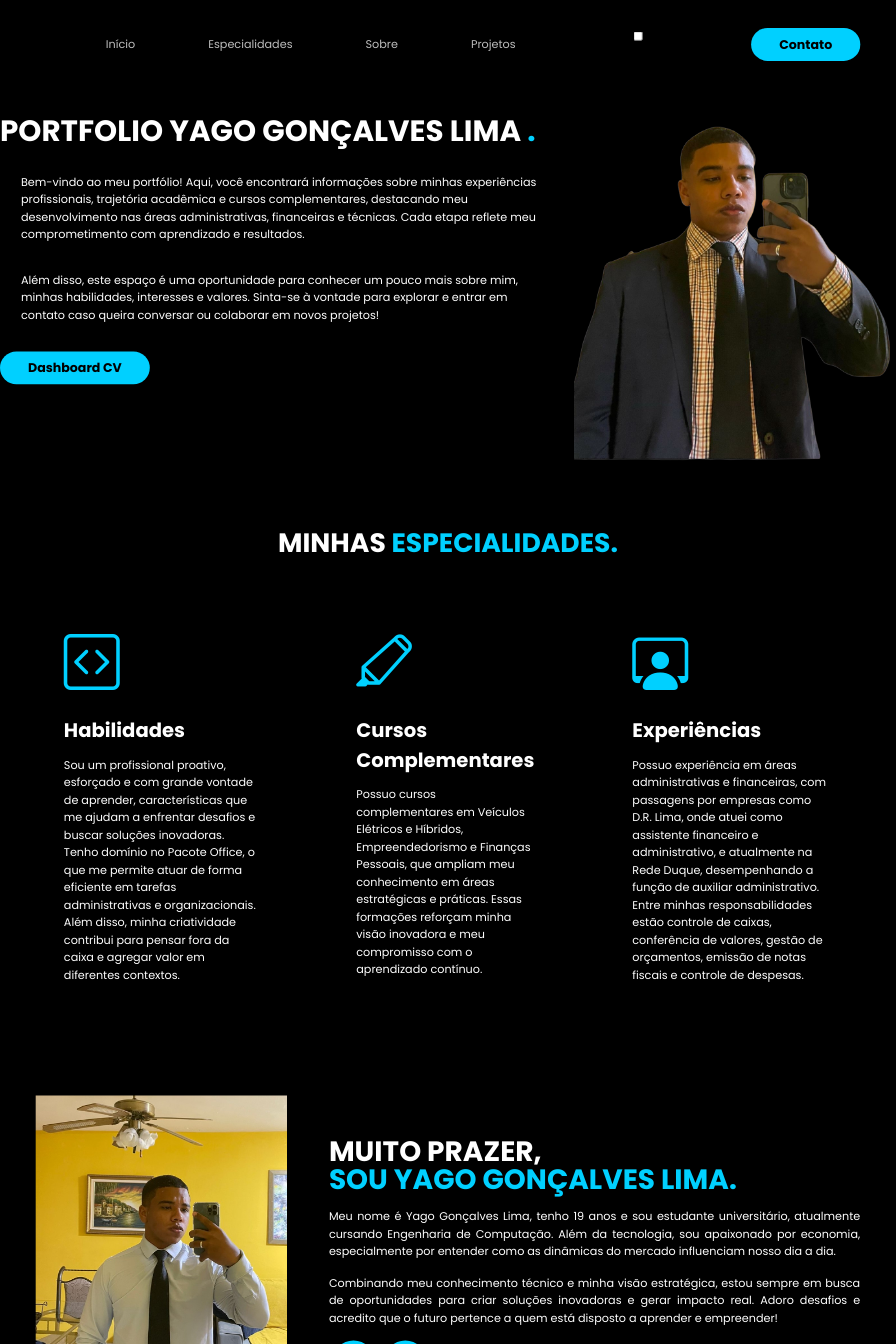
Repository: yagolima1511/Portfolio
Page: index.html
The author's editor kept a copy of each file at every save. The page is drawn from the files as they stood at one save, then again after a run of saves.
The browser window is 1280 px wide. The pictures show the part of the page from y = 0 to 1920 px (the page is 3476 px tall before and 3499 px after), at 70% of full size.

Above is the page before, as saved 2025-03-03 21:08:30.

### index.html
<!DOCTYPE html>
<html lang="pt-br">
<head>
    <meta charset="UTF-8">
    <meta name="viewport" content="width=device-width, initial-scale=1.0">
    <link rel="preconnect" href="https://fonts.googleapis.com">
<link rel="preconnect" href="https://fonts.gstatic.com" crossorigin>
<link href="https://fonts.googleapis.com/css2?family=Cabin:ital,wght@0,400..700;1,400..700&family=Poppins:ital,wght@0,100;0,200;0,300;0,400;0,500;0,600;0,700;0,800;0,900;1,100;1,200;1,300;1,400;1,500;1,600;1,700;1,800;1,900&display=swap" rel="stylesheet">
<link rel="stylesheet" href="https://cdn.jsdelivr.net/npm/bootstrap-icons@1.11.3/font/bootstrap-icons.min.css">
    <link rel="stylesheet" href="style.css">
    <link rel="icon" href="imagens.portifolio/logo_yago_sem_fundo.png">
    <title>Yago Gonçalves Lima</title>
</head>
<body>

    <header>
        <div class="interface">
             <nav>
                <nav class="menu-desktop">
                    <ul>
                        <li><a href="#início">Início</a></li>
                        <li><a href="#especialidades">Especialidades</a></li>
                        <li><a href="#sobre">Sobre</a></li>
                        <li><a href="#projetos">Projetos</a></li>
                    </ul>
                </nav>
             </nav>
             <!-- MENU MOBILE-->
              <div class="menu-mobile">
                <input type="checkbox" id="menu-toggle">
                <label for="menu-toggle" class="menu-btn">
                    <i class="bi bi-list"></i>
                </label>
                <nav class="mobiel-nav">
                    <ul>

                    </ul>
                </nav>
              </div>

             <div class="btn-contato">
                <a href="https://api.whatsapp.com/send?phone=5511951423405">
                    <button>Contato</button>
                </a>
             </div>
        </div><!--INTERFACE-->
    </header>

    <main>
        <section id="início">
        <section class="topo-do-site">
            <div class="interface">
                <div class="flex">
                    <div class="txt-topo-site">
                       <h1>PORTFOLIO YAGO GONÇALVES LIMA <span>.</span></h1>
                       <p>Bem-vindo ao meu portfólio! Aqui, você encontrará informações sobre minhas experiências profissionais, trajetória acadêmica e cursos complementares, destacando meu desenvolvimento nas áreas administrativas, financeiras e técnicas. Cada etapa reflete meu comprometimento com aprendizado e resultados.</p>
                       <p>Além disso, este espaço é uma oportunidade para conhecer um pouco mais sobre mim, minhas habilidades, interesses e valores. Sinta-se à vontade para explorar e entrar em contato caso queira conversar ou colaborar em novos projetos!</p>

                       <div class="btn-contato">
                        <a href="https://www.canva.com/design/DAGZft-klJw/L4ZIEv-Um3k0rW6E9iZL9g/edit?utm_content=DAGZft-klJw&utm_campaign=designshare&utm_medium=link2&utm_source=sharebutton">
                            <button>Dashboard CV</button>
                        </a>
                       </div>
                    </div>
                    <div class="img-topo-site">
                        <img id="img-home" src="imagens.portifolio/yago sem fundo.png" alt="" class="tamanho-fixo">

                    </div>
                </div>
            </div>
        </section>
    </section>
        <section id="especialidades">

        <section class="especialidades">
            <div class="interface">
                <h2 class="titulo">MINHAS <span>ESPECIALIDADES.</span></h2>
                <div class="flex">
                     <div class="especialidades-box">
                     <i class="bi bi-code-square"></i>
                     <h3>Habilidades</h3>
                     <p>Sou um profissional proativo, esforçado e com grande vontade de aprender, características que me ajudam a enfrentar desafios e buscar soluções inovadoras. Tenho domínio no Pacote Office, o que me permite atuar de forma eficiente em tarefas administrativas e organizacionais. Além disso, minha criatividade contribui para pensar fora da caixa e agregar valor em diferentes contextos.</p>
                </div>


                     <div class="especialidades-box">
                        <i class="bi bi-highlighter"></i>
                     <h3>Cursos Complementares</h3>
                     <p>Possuo cursos complementares em Veículos Elétricos e Híbridos, Empreendedorismo e Finanças Pessoais, que ampliam meu conhecimento em áreas estratégicas e práticas. Essas formações reforçam minha visão inovadora e meu compromisso com o aprendizado contínuo.</p>
                </div>

                     <div class="especialidades-box">
                        <i class="bi bi-person-workspace"></i>
                     <h3>Experiências</h3>
                     <p>Possuo experiência em áreas administrativas e financeiras, com passagens por empresas como D.R. Lima, onde atuei como assistente financeiro e administrativo, e atualmente na Rede Duque, desempenhando a função de auxiliar administrativo. Entre minhas responsabilidades estão controle de caixas, conferência de valores, gestão de orçamentos, emissão de notas fiscais e controle de despesas.
                    </p>
                </div>
            </div>
        </section>
    </section>
             <section id="sobre">
                    <section class="sobre">
                        <div class="interface">
                            <div class="flex">
                                <div class="img-sobre">
                                    <img src="imagens.portifolio/camisa gravata.jpeg" alt="" class="tamanho-fixo">
                                </div>
                                <div class="txt-sobre">
                                      <h2>MUITO PRAZER,<span> SOU YAGO GONÇALVES LIMA.</span> </h2>
                                          <p>Meu nome é Yago Gonçalves Lima, tenho 19 anos e sou estudante universitário, atualmente cursando Engenharia de Computação. Além da tecnologia, sou apaixonado por economia, especialmente por entender como as dinâmicas do mercado influenciam nosso dia a dia.</p>
                                          <p>Combinando meu conhecimento técnico e minha visão estratégica, estou sempre em busca de oportunidades para criar soluções inovadoras e gerar impacto real. Adoro desafios e acredito que o futuro pertence a quem está disposto a aprender e empreender!</p>
                                          <div class="btn-social">

                                                <a href="https://api.whatsapp.com/send?phone=5511951423405"><button><i class="bi bi-whatsapp"></i></button></a>
                                                <a href="https://www.linkedin.com/in/yago-lima-50758a299?utm_source=share&utm_campaign=share_via&utm_content=profile&utm_medium=ios_app"><button><i class="bi bi-linkedin"></i></button></a>

                                          </div>
                                </div>

                            </div>
                        </div>
                    </section>
                </section>
                    <section id="projetos">

                    <section class="projetos">
                        <div class="interface">
                            <h2><h2 class="titulo">PROJETO <span>DESENVOLVIDO.</span></h2></h2>

                           <div class="flex">
                            <div class="img-proj" style="background-image: url(imagens.portifolio/WhatsApp\ Image\ 2024-12-10\ at\ 22.25.13.jpeg);">
                                <div class="overlay">Projeto AlphaTec</div>
                            </div>
                            <div class="img-proj" style="background-image: url(imagens.portifolio/WhatsApp\ Image\ 2024-12-10\ at\ 22.20.26.jpeg);">
                                <div class="overlay">Projeto AlphaTec</div>
                            </div>
                            <div class="img-proj" style="background-image: url(imagens.portifolio/WhatsApp\ Image\ 2024-12-10\ at\ 22.20.24.jpeg);">
                                <div class="overlay">Projeto AlphaTec</div>

                            </div>
                           </div>
                        </div>

                        <section class="projeto">
                            <div class="interface">
                                <div class="flex">
                        <div class="txt-paragrafo-projeto">
                                <p>Juntamente com meus colegas de faculdade, desenvolvemos o Projeto AlphaTec. O projeto do carrinho autônomo com Arduino é uma aplicação simples de robótica, onde o objetivo principal é criar um veículo que detecte obstáculos e mude de direção automaticamente usando um sensor ultrassônico. Aqui está uma explicação didática e direta sobre os principais componentes e funcionamento:</p>

                        </div> <!--txt-->
                    </div>
                            </div><!--INTERFACE-->



                     </section>


                     <ul>
                        <li>
                            Arduino: É o "cérebro" do carrinho, responsável por processar as informações do sensor ultrassônico e controlar os motores.
                        <li>

                                Sensor Ultrassônico (HC-SR04): Detecta obstáculos à frente, medindo a distância usando ondas sonoras.
                            </li>
                            <li>
                                Motores e Ponte H (L298N): Movem o carrinho e permitem controlar o sentido de rotação (para frente, para trás ou virar).
                            </li>
                            <li>
                                Baterias/Pilhas: Alimentam o Arduino e os motores.
                            </li>
                            <li>
                                Estrutura do Carrinho: Uma base com rodas onde os componentes são fixados
                            </li>
                        </ul>

                    </section>
                </section>


    </main>
    <footer>
        <div class="interface">
            <div class="line-footer">
                <div class="flex">
                <div class="btn-social">

                    <a href="https://api.whatsapp.com/send?phone=5511951423405"><button><i class="bi bi-whatsapp"></i></button></a>
                    <a href="https://www.linkedin.com/in/yago-lima-50758a299?utm_source=share&utm_campaign=share_via&utm_content=profile&utm_medium=ios_app"><button><i class="bi bi-linkedin"></i></button></a>

              </div>
            </div>
            </div>
                <div class="line-footer borda">
                    <p><i class="bi bi-envelope-fill"></i> <a href="mailto:goncalveslima2005@gmail.com">goncalveslima2005@gmail.com</a></p>

            </div>

        </div>
    </footer>
</body>
</html>

### style.css
/*ESTILO GERAL*/
html {
    scroll-behavior: smooth;
}

*{
    margin: 0;
    padding: 0;
    box-sizing: 0;
    font-family: "Poppins", serif;
}

body{
    background-color: black;
    height: 100vh;
}

.interface{
    max-width: 1280px;
    margin: 0 auto;
}

.flex{
    display: flex;
}

.btn-contato button{
    padding: 10px 40px;
    font-size: 18px;
    font-weight: 700;
    background-color: #00d0ff;
    border: 0;
    border-radius: 30px;
    cursor: pointer;
    transition: .2s;
}

h2.titulo{
    color: white;
    font-size: 38px;
    text-align: center;
}

h2.titulo span{
    color: #00d0ff;
}

 button:hover{
    box-shadow: 0px 0px 8px #00d0ff;
    transform: scale(1.05);
}

/* ESTILO DO CABEÇALHO */
header{
    padding: 40px 4%;
}

header > .interface{
    display: flex;
    align-items: left;
    justify-content: space-between;
}

header a{
    color: #7d7d7d;
    text-decoration: none;
    display: inline-block;
    transition: .2s;
}

header a:hover{
    color:#fff;
    transform: scale(1.05);
}

header nav ul{
    list-style-type: none;
}

header nav ul li{
    display: inline-block;
    padding: 0 50px;
}

/* ESTILO DO TOPO DO SITE */
section.topo-do-site{
    padding: 40px 0%;
}

section.top-do-site.flex{
    align-items: center;
    justify-content: center;
    gap: 90px;
}

.topo-do-site h1{
    color: white;
    font-size: 42px;
    line-height: 40px;
}

.txt-topo-site span{
    color: #00d0ff;
}

.topo-do-site .txt-topo-site p{
    color: white;
    margin: 40px 30px;

}

.topo-do-site .img-topo-site img{
    position: relative;
    animation: flutuar 2s ease-in-out infinite alternate;
}

@keyframes flutuar{
    0%{
        top: 0;
    }
    100%{
        top: 30px;
    }
}

/* ESPECIALIDADES */
section.especialidades{
    padding: 40px 4%;
}

section.especialidades .flex{
    gap: 60px;
}

.especialidades .especialidades-box{
    color: white;
    padding: 40px;
    border-radius: 20px;
    margin-top: 45px;
    transition: .2s;
}

.especialidades .especialidades-box:hover{
    transform: scale(1.05);
    box-shadow: 0 0 8px #ffffff78;
}

.especialidades .especialidades-box i{
    font-size: 80px;
    color: #00d0ff;
}

.especialidades .especialidades-box h3{
   font-size: 28px;
   margin: 15px 0;
}

/* ESTILO SOBRE */
section.sobre{
    padding: 80px 4%;
}

section.sobre .flex{
    align-items: center;
    gap: 60px;
}

.sobre .txt-sobre{
    color: white;
    line-height: 40px;
    margin-bottom: 30px;
}

.sobre .txt-sobre h2{
    font-size: 40px;
}

.sobre .txt-sobre h2 span{
    color: #00d0ff;
    display: block;
}

.sobre .txt-sobre p{
     margin: 20px 0;
     text-align: justify;
     line-height: 25px;
}

 .btn-social button{
     width: 60px;
     height: 60px;
     border-radius: 50%;
     border: none;
     background-color: #00d0ff;
     font-size: 22px;
     cursor: pointer;
     margin: 0 5px;
     transition: 2.s;
}

/* ESTILO DO PORTIFÓLIO */
section.projetos{
     padding: 80px 4%;
     box-shadow: 0 0 40px 10px rgba(255, 255, 255, 0.107);
}

section.projetos .flex{
    justify-content: space-around;
    margin-top: 60px;
}

.img-proj{
    width: 360px;
    height: 460px;
    background-size: cover;
    background-position: 100% 0%;
    transition: 1s;
    cursor: pointer;
    border-radius: 40px;  /* DEIXA A FOTO C ASA BORDAS REDONDAS */
    position: relative;
}

.img-proj:hover{
    background-position: 100% 100%;
}


.overlay{
    position: absolute;
    top: 0;
    left: 0;
    width: 100%;
    height: 100%;
    background-color: #010d01c3;
    border-radius: 40px;
    display: flex;
    align-items: center;
    justify-content: center;
    font-size: 24px;
    font-weight: 600;
    color: white;
    opacity: 0;
    transition: .5s;
}

.overlay:hover{
    opacity: 1;
}

.txt-paragrafo-projeto p{
    color: white;
    margin-bottom: 20px;
}

ul{
    list-style-position: inside;
    color: white;
    padding: 10px 50px;
}

/* ESTILO DO RODAPÉ */

footer{
    padding: 60px 4%;
    box-shadow: 0 0 40px 10px rgba(255, 255, 255, 0.090);
}

footer .flex{
    justify-content: space-between;
}

footer .line-footer{
    padding: 20px 0;
}

.borda{
    border-top: 2px solid #00d0ff;
}

footer .line-footer p i{
    color: #00d0ff;
    font-size: 22px;
}

footer .line-footer p a{
    color: white;
}

footer .line-footer p{
    text-align: right;
}



@media screen and (max-width: 1041.60px){
    /*classes gerais*/

    .flex{
        flex-direction: column-reverse;
    }

    h2.titulo{
        font-size: 34px;
        line-height: 40px;
    }

    /*cabeçalho*/
    .menu-desktop, .btn-contato{
        display: none;
    }

    .img-topo-site {
        display: none;
    }

    .txt-topo-site h1{
        margin: 7px;
        text-align: center;
        font-size: 35px;
    }

    /*topo do site*/

    section.top-do-site .flex{
        gap: 40px;

    section.topo-do-site{
        padding: 20px 8%;
    }


    .topo-do-site h1{
        font-size: 30px;
    }


    .topo-do-site .img-topo-site img{
        width: 100%;

    }
}
    /* ESPECIALIDADES */
section.especialidades{
    padding: 40px 8%;
    flex-direction: column;
}
/* SOBRE */
section.sobre{
    padding: 80px 8%;
}
.sobre .txt-sobre h2{
    font-size: 35px;
    line-height: 35px;
    text-align: center;
}
.btn-social{
    text-align: center;
}

.img-sobre img{
    width: 100%;
}

/* PROJETO*/
section.projetos{
    padding: 80px 8%;
}
.img-proj{
    width: 100%;
    max-width: 360px;
    margin: 0 auto;

}

section.projetos .flex{
   gap: 60px;
}
footer .flex{
    flex-direction: column;
}

footer .line-footer p{
    text-align: center;
}


}

.tamanho-fixo{


    height: 492px;
}

header a {
    color: #bdbdbd;
    text-decoration: none;
    display: inline-block;
    transition: .2s;
}

After the next 3 saves:
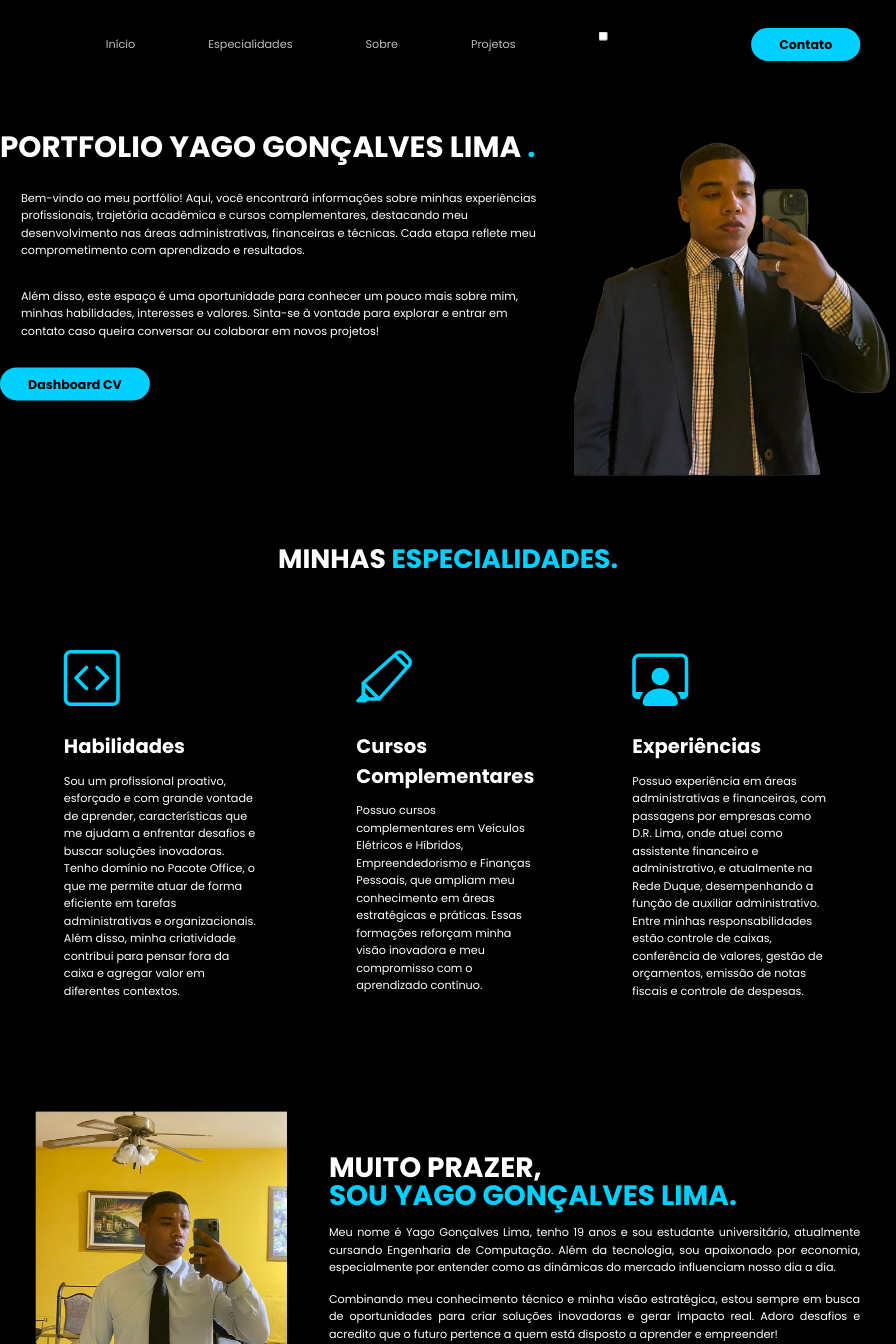
The 3 saves are shown as one change because they came seconds apart.
The last was saved 9 s later.
--- a/index.html
+++ b/index.html
@@ -33,7 +33,7 @@
                 </label>
                 <nav class="mobiel-nav">
                     <ul>
-
+                        <li><a></a></li>
                     </ul>
                 </nav>
               </div>
